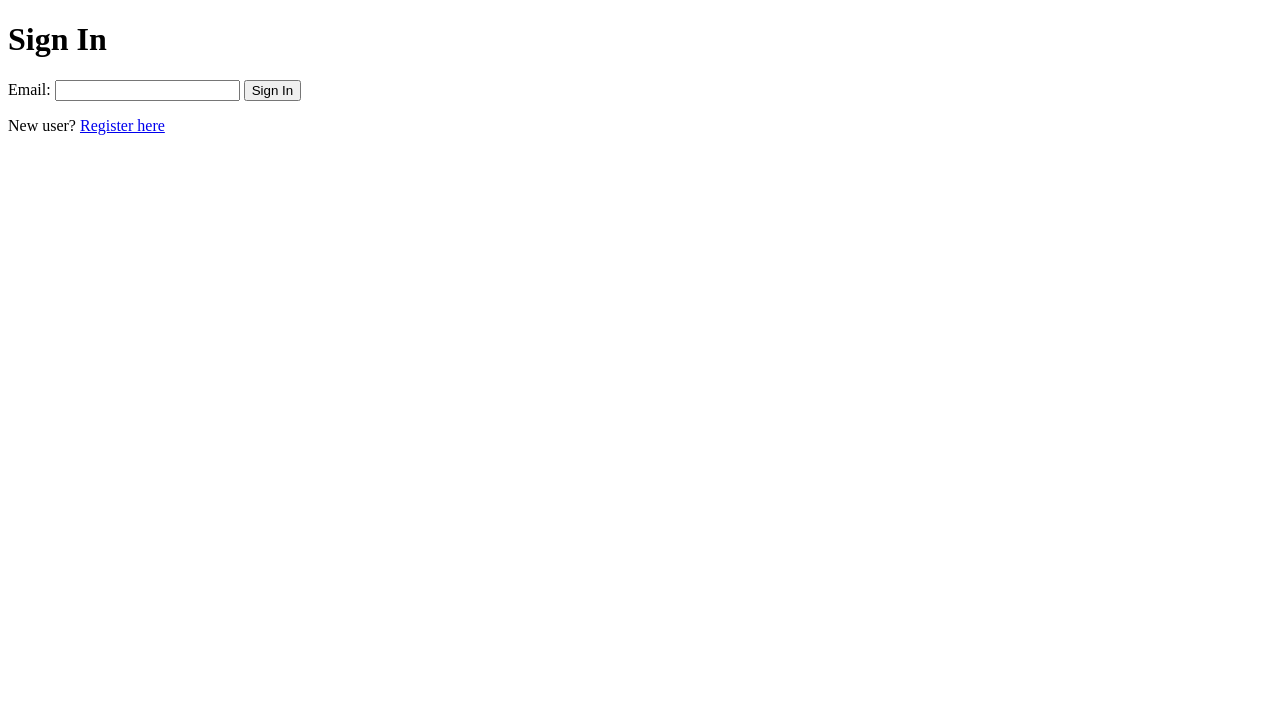
Repository: harutoNaiz/urban-mobility-system
Page: http://localhost/sign_in
An editor plug-in stored every save of this project. The page is shown before and after the next save, followed by the edit.
The browser window is 1280 px wide. The pictures show the whole page.
The page is served by the project's application, run on Flask 3 (app.py).

Above is the page before, as saved 2024-11-12 21:33:50.

After the next save:
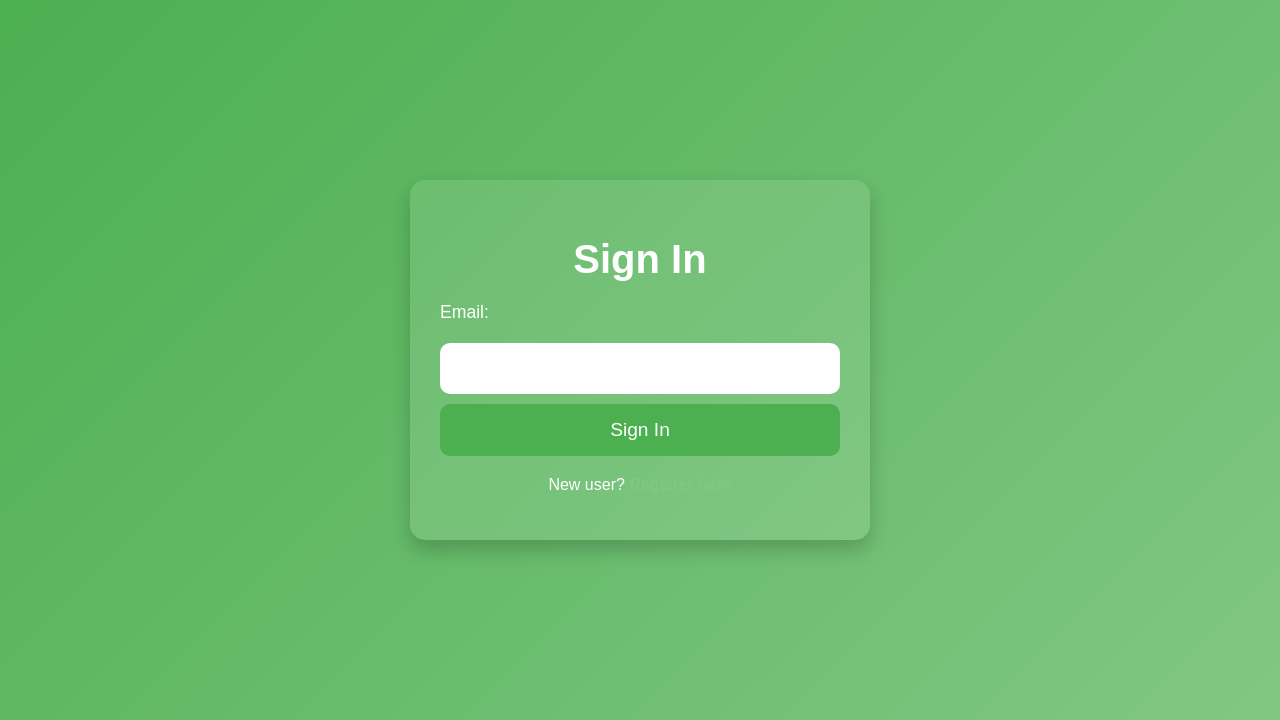
Saved 4 min 41 s later.
--- a/templates/sign_in.html
+++ b/templates/sign_in.html
@@ -4,14 +4,96 @@
     <meta charset="UTF-8">
     <meta name="viewport" content="width=device-width, initial-scale=1.0">
     <title>Sign In</title>
+    <style>
+        body {
+            font-family: 'Arial', sans-serif;
+            background: linear-gradient(135deg, #4caf50, #81c784);
+            margin: 0;
+            padding: 0;
+            height: 100vh;
+            display: flex;
+            justify-content: center;
+            align-items: center;
+            color: #fff;
+        }
+
+        .container {
+            background: rgba(255, 255, 255, 0.1);
+            padding: 30px;
+            border-radius: 15px;
+            box-shadow: 0 10px 20px rgba(0, 0, 0, 0.2);
+            width: 100%;
+            max-width: 400px;
+            text-align: center;
+        }
+
+        h1 {
+            font-size: 2.5rem;
+            margin-bottom: 20px;
+            color: #fff;
+        }
+
+        label {
+            font-size: 1.1rem;
+            display: block;
+            margin-bottom: 10px;
+            text-align: left;
+            color: #fff;
+        }
+
+        input[type="email"] {
+            width: 100%;
+            padding: 15px;
+            margin: 10px 0;
+            font-size: 1.1rem;
+            border: none;
+            border-radius: 10px;
+            background-color: #fff;
+            color: #333;
+            box-sizing: border-box;
+        }
+
+        button {
+            width: 100%;
+            padding: 15px;
+            background-color: #4caf50;
+            color: #fff;
+            font-size: 1.2rem;
+            border: none;
+            border-radius: 10px;
+            cursor: pointer;
+            transition: background-color 0.3s ease;
+        }
+
+        button:hover {
+            background-color: #388e3c;
+        }
+
+        p {
+            margin-top: 20px;
+            color: #fff;
+        }
+
+        a {
+            color: #81c784;
+            text-decoration: none;
+            font-weight: bold;
+        }
+
+        a:hover {
+            color: #fff;
+        }
+    </style>
 </head>
 <body>
-    <h1>Sign In</h1>
-    <form method="POST">
-        <label for="email">Email:</label>
-        <input type="email" id="email" name="email" required>
-        <button type="submit">Sign In</button>
-    </form>
-    <p>New user? <a href="{{ url_for('register_user') }}">Register here</a></p>
+    <div class="container">
+        <h1>Sign In</h1>
+        <form method="POST">
+            <label for="email">Email:</label>
+            <input type="email" id="email" name="email" required>
+            <button type="submit">Sign In</button>
+        </form>
+        <p>New user? <a href="{{ url_for('register_user') }}">Register here</a></p>
+    </div>
 </body>
 </html>
